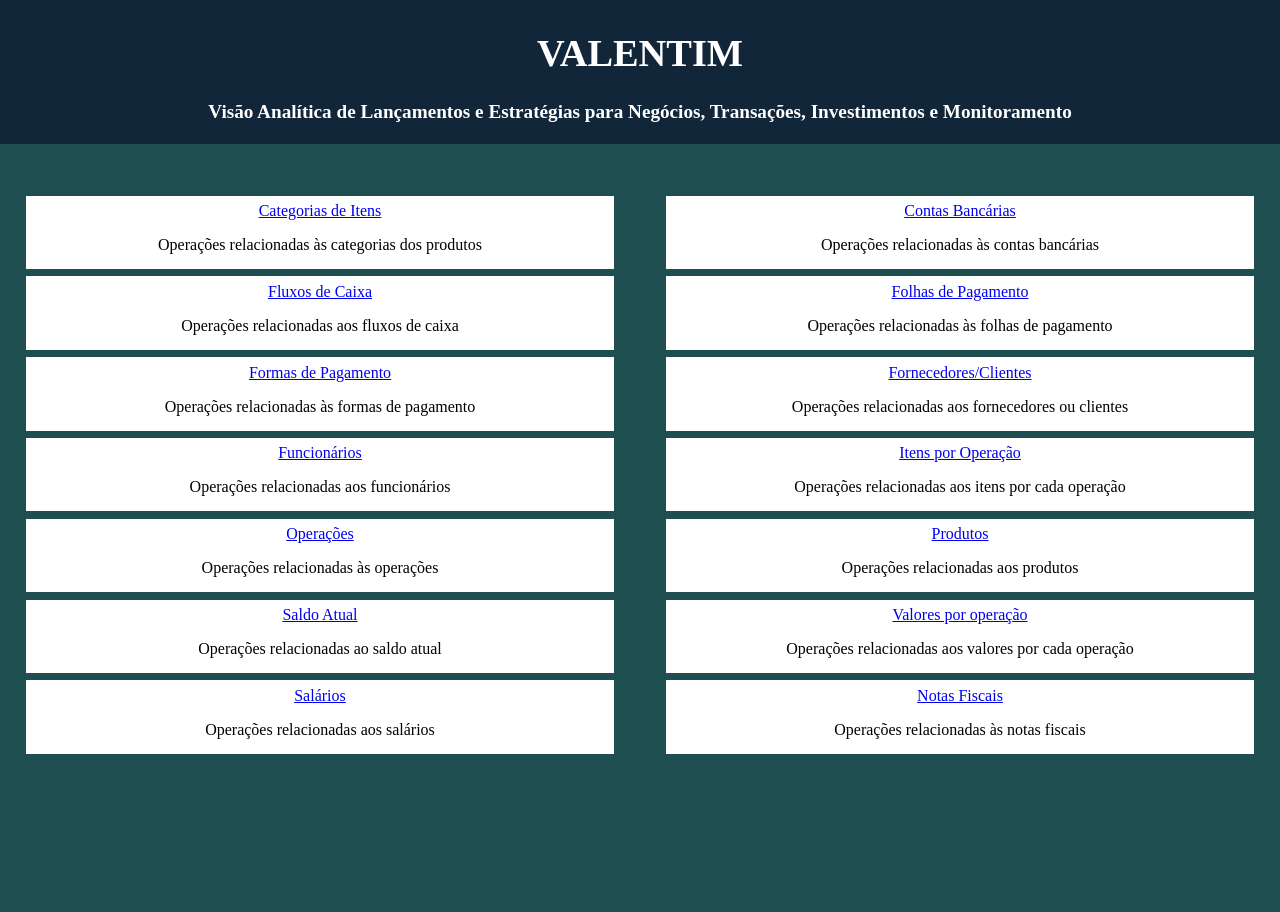
Repository: Matheus-Lacerda009/ERP-Financeiro
Page: Front/menu/menu.html
The author's editor kept a copy of each file at every save. The page is drawn from the files as they stood at one save, then again after the next save.
The browser window is 1280 px wide. The pictures show the whole page.

Above is the page before, as saved 2026-07-13 18:56:39.

### Front/menu/menu.html
<!DOCTYPE html>
<html lang="en">
<head>
    <meta charset="UTF-8">
    <meta name="viewport" content="wclassth=device-wclassth, initial-scale=1.0">
    <link rel="stylesheet" href="menu.css">
    <title>Document</title>
</head>
<body>
    <header>
        <h1>VALENTIM</h1>
        <h2>Visão Analítica de Lançamentos e Estratégias para Negócios, Transações, Investimentos e Monitoramento</h2>
    </header>
    <main>
        <div id="espaço"></div>
        <div class="container">
            <div class="divEntidades">
                <a href="../categoria_item/categoria_item.html">Categorias de Itens</a>
                <p>Operações relacionadas às categorias dos produtos</p>
            </div>
            <div class="divEntidades">
                <a href="../conta_bancaria/conta_bancaria.html">Contas Bancárias</a>
                <p>Operações relacionadas às contas bancárias</p>
            </div>
            <div class="divEntidades">
                <a href="../fluxo_caixa/fluxo_caixa.html">Fluxos de Caixa</a>
                <p>Operações relacionadas aos fluxos de caixa</p>
            </div>
            <div class="divEntidades">
                <a href="../folha_pagamento/folha_pagamento.html">Folhas de Pagamento</a>
                <p>Operações relacionadas às folhas de pagamento</p>
            </div>
            <div class="divEntidades">
                <a href="../forma_pagamento/forma_pagamento.html">Formas de Pagamento</a>
                <p>Operações relacionadas às formas de pagamento</p>
            </div>
            <div class="divEntidades">
                <a href="../fornecedor_cliente/fornecedor_cliente.html">Fornecedores/Clientes</a>
                <p>Operações relacionadas aos fornecedores ou clientes</p>
            </div>
            <div class="divEntidades">
                <a href="../funcionario/funcionario.html">Funcionários</a>
                <p>Operações relacionadas aos funcionários</p>
            </div>
            <div class="divEntidades">
                <a href="../itens_operacao/itens_operacao.html">Itens por Operação</a>
                <p>Operações relacionadas aos itens por cada operação</p>
            </div>
            <div class="divEntidades">
                <a href="../operacao/operacao.html">Operações</a>
                <p>Operações relacionadas às operações</p>
            </div>
            <div class="divEntidades">
                <a href="../produtos/produtos.html">Produtos</a>
                <p>Operações relacionadas aos produtos</p>
            </div>
            <div class="divEntidades">
                <a href="../saldoAtual/saldoAtual.html">Saldo Atual</a>
                <p>Operações relacionadas ao saldo atual</p>
            </div>
            <div class="divEntidades">
                <a href="../valor_pVenda/valor_pVenda.html">Valores por operação</a>
                <p>Operações relacionadas aos valores por cada operação</p>
            </div>
            <div class="divEntidades">
                <a href="../valor_salario/valor_salario.html">Salários</a>
                <p>Operações relacionadas aos salários</p>
            </div>
            <div class="divEntidades">
                <a href="../notaFiscal/nota_fiscal.html">Notas Fiscais</a>
                <p>Operações relacionadas às notas fiscais</p>
            </div>
        </div>
    </main>
</body>
</html>

### Front/menu/menu.css
header{
    position: fixed;
    top: 0;
    left: 0;
    width: 100%;
    height: 20%;
    background-color: #12263A;
    z-index: 1;
    text-align: center;
    align-content: center;
}

header, h1{
    font-size: 300%;
    color: white;
    font-size: 3vw;
}

header, h2{
    color: white;
    font-size: 1.5vw;
}

body{
    margin: 0;
    padding: 0;
    background-color: #1f4e50;
}

.container{
    margin-top: 15%;
    height: 100vh;
    width: 100%;
    box-sizing: border-box;
    display: grid;
    grid-template-columns: repeat(2, 7fr);
    align-content: start;
}

.divEntidades{
    height: 75%;
    width: 90%;
    background-color: white;
    text-align: center;
    padding: 1%;
    margin: auto;
}

After the next save:
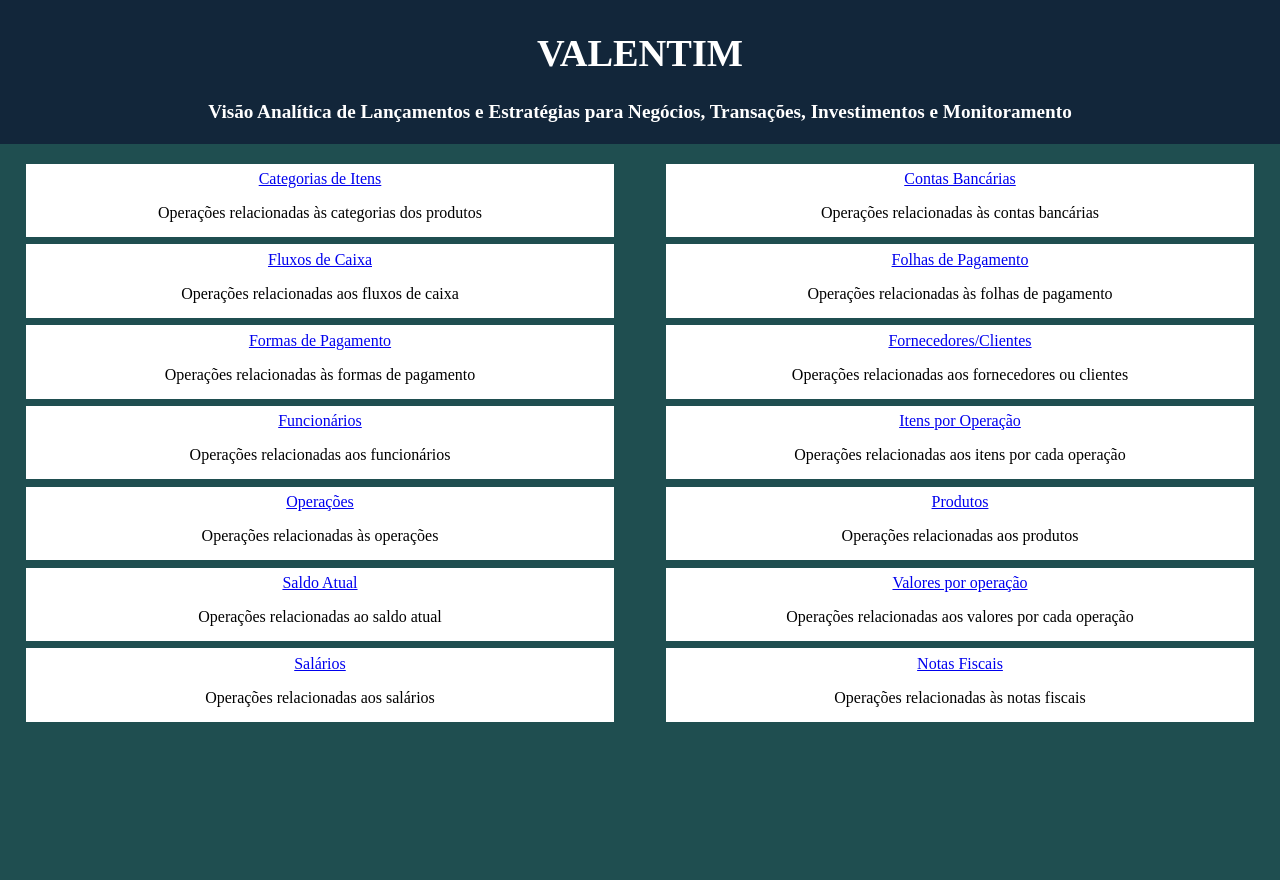
Saved 8 s later.
--- a/Front/menu/menu.css
+++ b/Front/menu/menu.css
@@ -28,7 +28,7 @@ body{
 }
 
 .container{
-    margin-top: 15%;
+    margin-top: 12.5%;
     height: 100vh;
     width: 100%;
     box-sizing: border-box;
